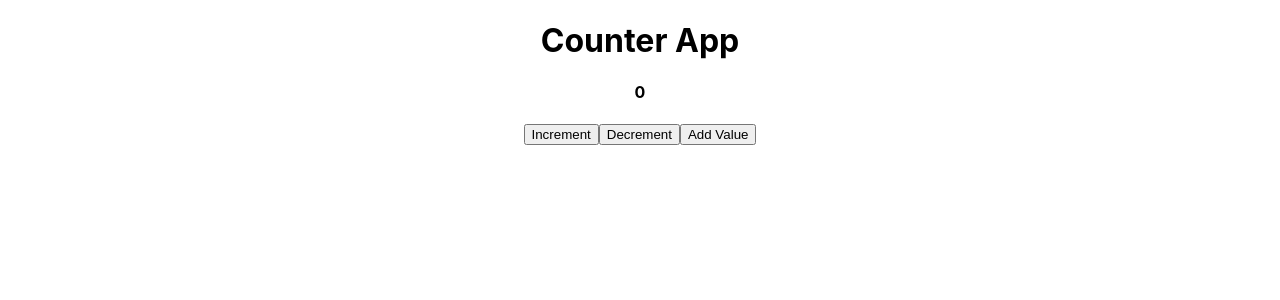
Repository: devogi/React.js-API-practice-
Page: /
These files come from the project's save history. The page is drawn as it stood at one moment and after the next save; the edit follows.
The browser window is 1280 px wide. The pictures show the whole page.
The project was rebuilt for these pictures with package versions that can differ from the ones it lists, and the page was loaded fresh each time.

Above is the page before, as saved 2022-03-30 13:32:57.

### src/App.js
import "./App.css";
import { useSelector } from "react-redux";
import { useDispatch } from "react-redux";
import { actions } from "./store/index";

function App() {
  const counter = useSelector((state) => state.counter);
  const dispatch = useDispatch();

  const increment = () => {
    dispatch(actions.increment());
  };
  const decrement = () => {
    dispatch(actions.decrement());
  };
  const addBy = () => {
    dispatch(actions.addBy(10));
  };
  return (
    <div className="App">
      <h1>Counter App</h1>
      <h4> {counter} </h4>
      <button className="btn" onClick={increment}>
        Increment
      </button>
      <button className="btn" onClick={decrement}>
        Decrement
      </button>
      <button className="btn" onClick={addBy}>
        {" "}
        Add Value{" "}
      </button>
    </div>
  );
}

export default App;

### src/store/index.js
import { configureStore, createSlice } from "@reduxjs/toolkit";

const counterSlice = createSlice({
  name: "counter",
  initialState: { counter: 0 },
  reducers: {
    increment(state, action) {
      state.counter++;
    },
    decrement(state, action) {
      state.counter--;
    },
    addBy(state, action) {
      state.counter += action.payload;
    },
  },
});

export const actions = counterSlice.actions;

const store = configureStore({
  reducer: counterSlice.reducer,
});

export default store;

### src/App.css
.App {
  text-align: center;
}

.btn {
  color:fff
}

.App-logo {
  height: 40vmin;
  pointer-events: none;
}

@media (prefers-reduced-motion: no-preference) {
  .App-logo {
    animation: App-logo-spin infinite 20s linear;
  }
}

.App-header {
  background-color: #282c34;
  min-height: 100vh;
  display: flex;
  flex-direction: column;
  align-items: center;
  justify-content: center;
  font-size: calc(10px + 2vmin);
  color: white;
}

.App-link {
  color: #61dafb;
}

@keyframes App-logo-spin {
  from {
    transform: rotate(0deg);
  }
  to {
    transform: rotate(360deg);
  }
}

Loaded but not shown: public/index.html (common file); src/index.js (common file); src/index.css (common file); src/reportWebVitals.js (common file)

After the next save:
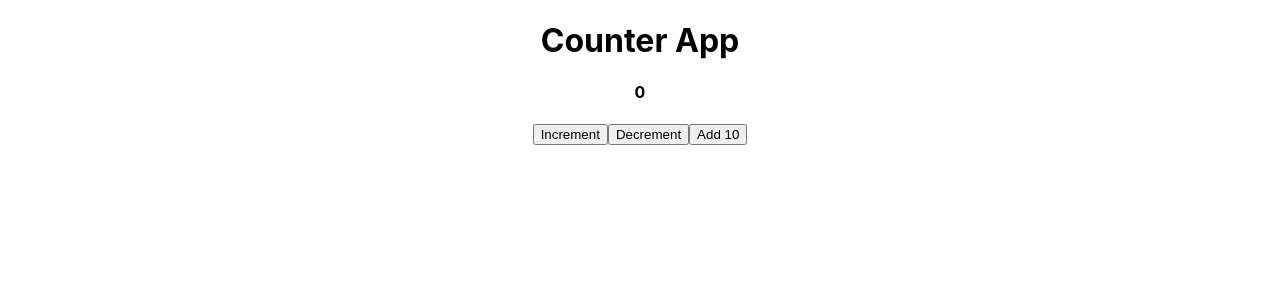
Saved 69 s later.
--- a/src/App.js
+++ b/src/App.js
@@ -28,7 +28,7 @@ function App() {
       </button>
       <button className="btn" onClick={addBy}>
         {" "}
-        Add Value{" "}
+        Add 10{" "}
       </button>
     </div>
   );
